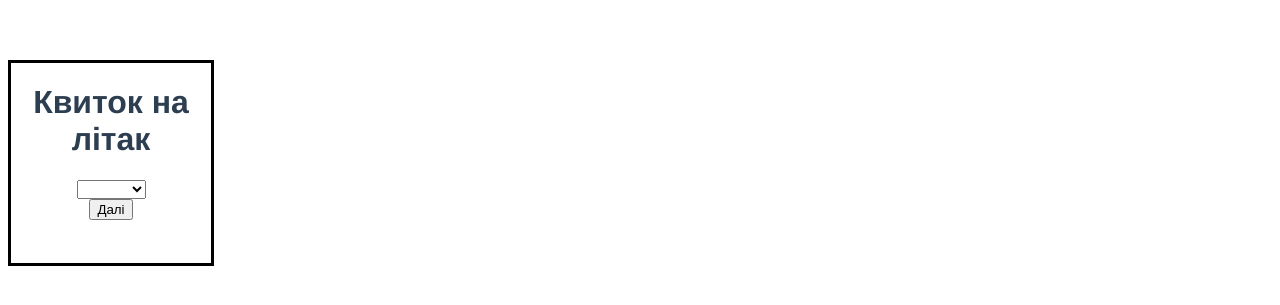
Repository: Salexandraa/HOME_Subotina
Page: / (app in plane-tickets/)
An editor plug-in stored every save of this project. The page is shown before and after the next save, followed by the edit.
The browser window is 1280 px wide. The pictures show the whole page.
The project was rebuilt for these pictures with package versions that can differ from the ones it lists, and the page was loaded fresh each time.

Above is the page before, as saved 2020-10-11 09:56:11.

After the next save:
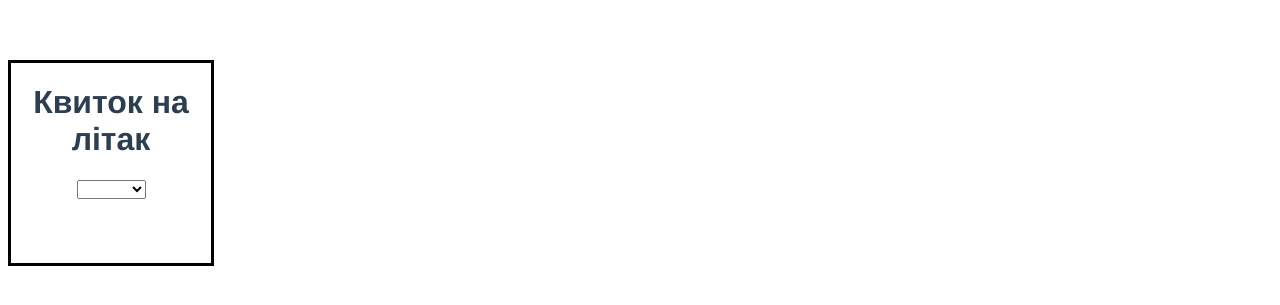
Saved 102 s later.
--- a/plane-tickets/src/components/Ticket/index.vue
+++ b/plane-tickets/src/components/Ticket/index.vue
@@ -39,7 +39,6 @@
         <input type="checkbox" value="chips" v-model="checkedChips" />
       </span>
     </div>
-    <button @click="confirm()">Далі</button>
   </div>
 </template>
 
@@ -67,9 +66,6 @@ export default {
       checkedBeer: null,
     };
   },
-  methods: {
-    confirm() {},
-  },
 };
 </script>
 
